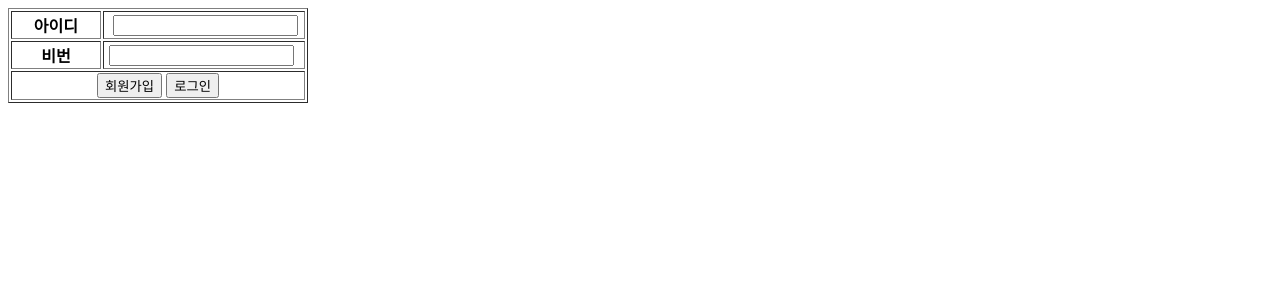
Repository: jinhanP/JSPtest
Page: http://localhost/jsptest/Login
The author's editor kept a copy of each file at every save. The page is drawn from the files as they stood at one save, then again after the next save.
The browser window is 1280 px wide. The pictures show the whole page.
The page is served by Tomcat 10.

Above is the page before, as saved 2023-12-01 08:03:42.

After the next save:
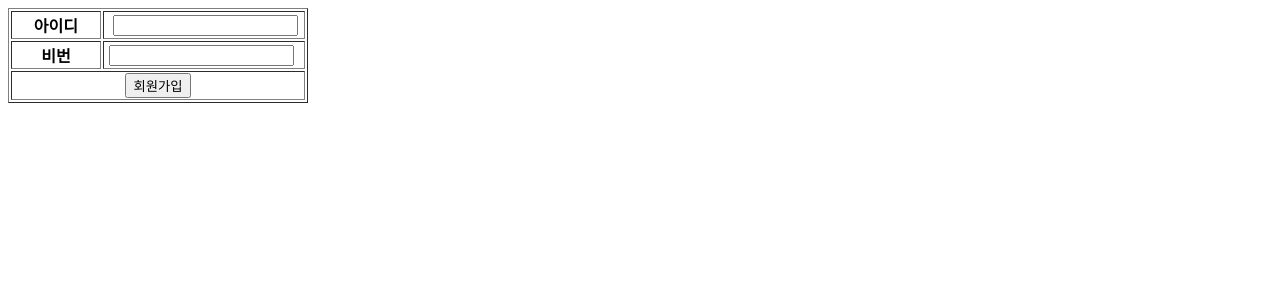
Saved 31 s later.
--- a/jsptest/src/main/java/login/Login.java
+++ b/jsptest/src/main/java/login/Login.java
@@ -55,7 +55,7 @@
 				 out.println("</tr>");
 				 out.println("<tr>");
 				 out.println("<td align='center' colspan='2'>");
-				 out.println("<input type='button' value='회원가입'<a href='../bbs/memberjoin'></a>");
+				 out.println("<input type='button' value='회원가입' href='../bbs/memberjoin' ");
 				 out.println("<input type='submit' value='로그인'>");
 				 out.println("</td>");
 				 out.println("</tr>");

After the save that followed:
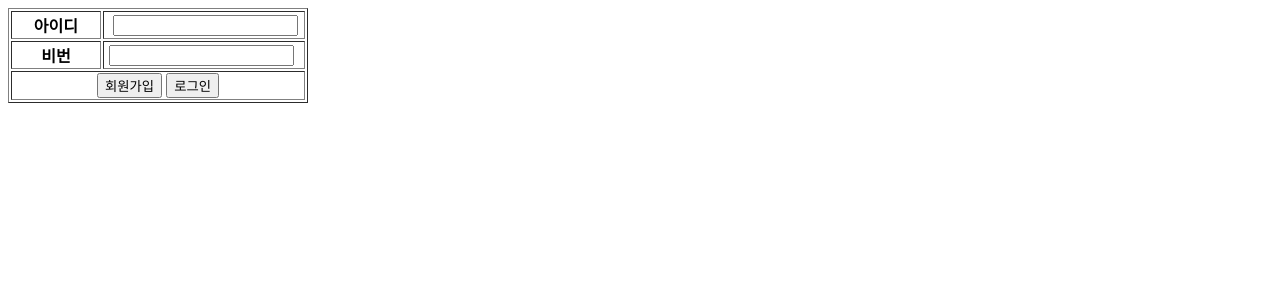
Saved 20 s later.
--- a/jsptest/src/main/java/login/Login.java
+++ b/jsptest/src/main/java/login/Login.java
@@ -55,7 +55,7 @@
 				 out.println("</tr>");
 				 out.println("<tr>");
 				 out.println("<td align='center' colspan='2'>");
-				 out.println("<input type='button' value='회원가입' href='../bbs/memberjoin' ");
+				 out.println("<input type='button' value='회원가입'<a href='../bbs/memberjoin'></a>");
 				 out.println("<input type='submit' value='로그인'>");
 				 out.println("</td>");
 				 out.println("</tr>");
